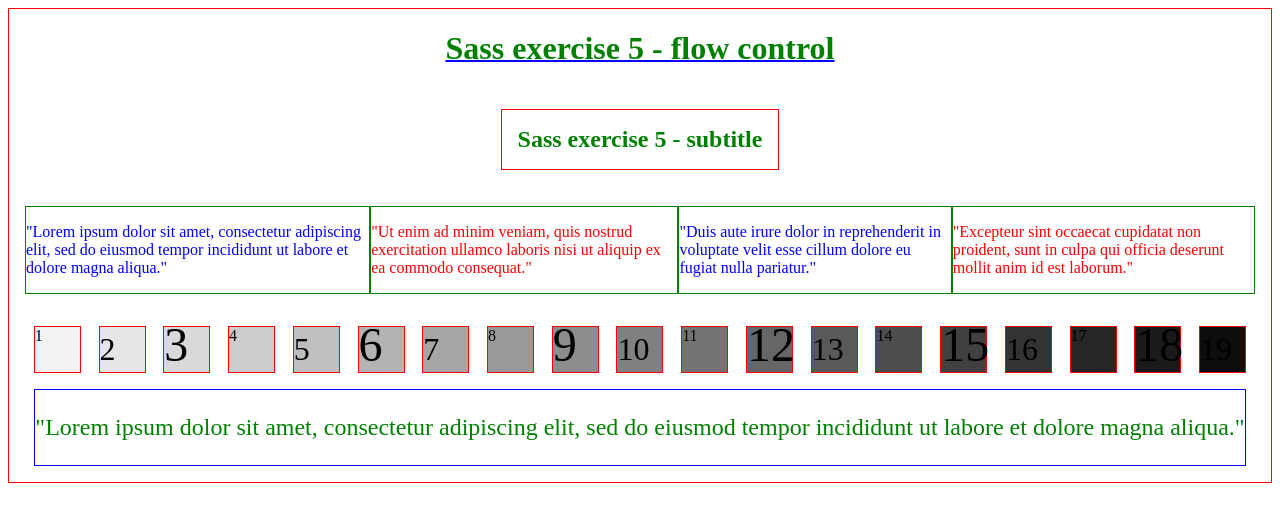
Repository: tr2cky/sass5
Page: index.html
The author's editor kept a copy of each file at every save. The page is drawn from the files as they stood at one save, then again after a run of saves.
The browser window is 1280 px wide. The pictures show the whole page.
The style sheet was rebuilt from its Sass, Less or Tailwind sources for each picture, by a compiler version that may differ from the author's.

Above is the page before, as saved 2022-10-16 13:28:20.

After the next 9 saves:
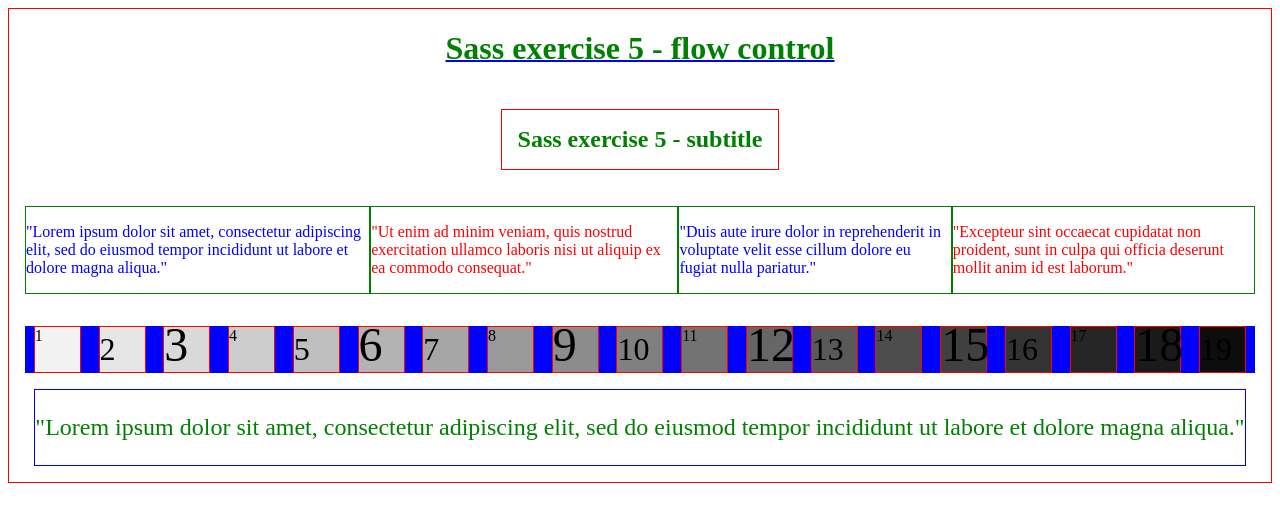
The 9 saves are shown as one change because 1 did not build or start and some came seconds apart.
The last was saved 32 s later.
--- a/style.scss
+++ b/style.scss
@@ -53,7 +53,7 @@ $base-color: white;
             background-color: darken($base-color, $var * 5%);
         }
         @if $var == 10 {
-
+            background-color: $color-secondary;
         }
     }
 }
